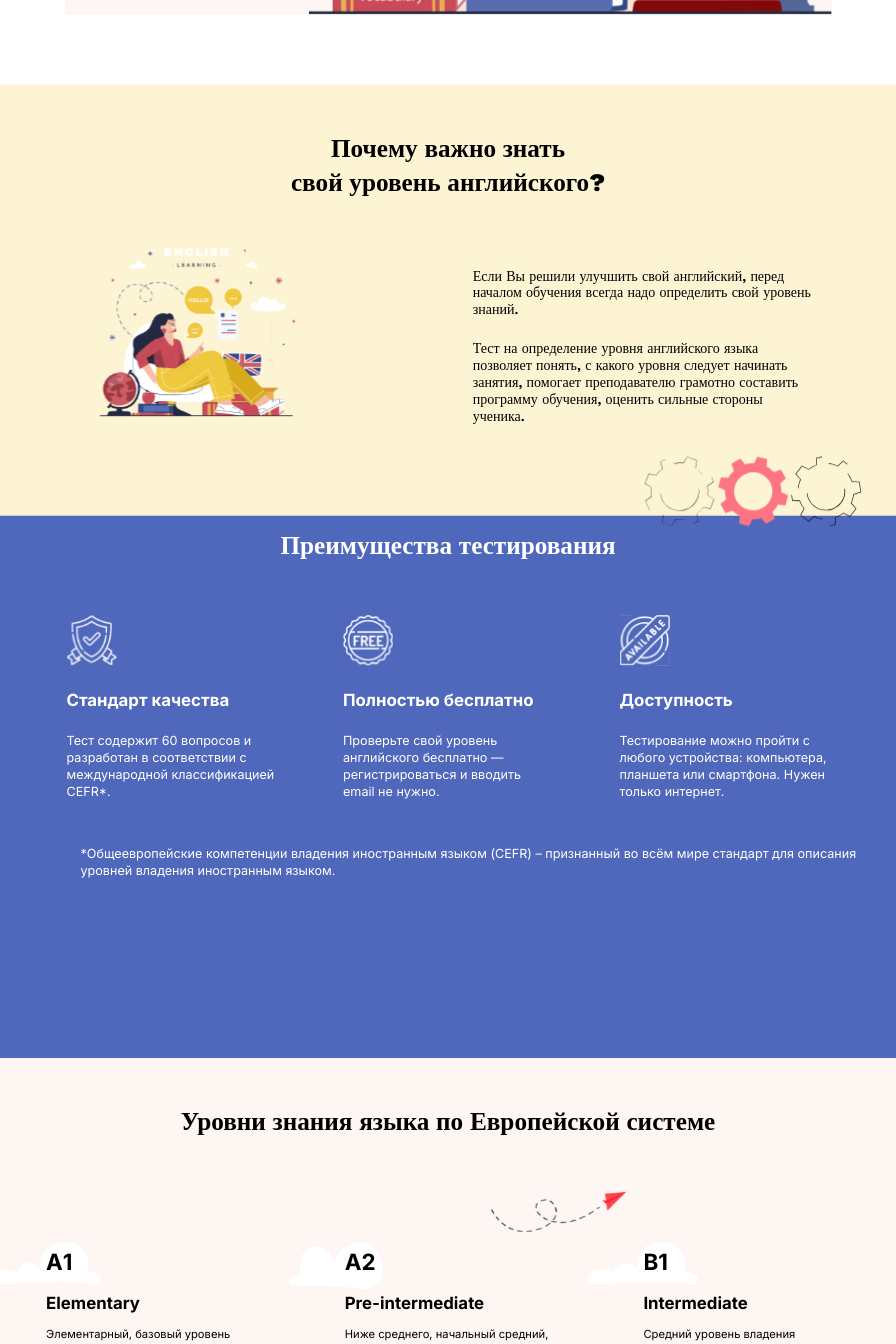
Repository: WladimirVA/PP-01-01_Dandelions
Page: Index.html
The author's editor kept a copy of each file at every save. The page is drawn from the files as they stood at one save, then again after the next save.
The browser window is 1280 px wide. The pictures show the part of the page from y = 694 to 2614 px (the page is 3924 px tall), at 70% of full size.

Above is the page before, as saved 2023-01-25 16:36:37.
Console error: ReferenceError: $ is not defined

### Index.html
<!DOCTYPE html>
<html lang="ru">
<head>
    <meta charset="UTF-8">
    <meta http-equiv="X-UA-Compatible" content="IE=edge">
    <meta name="viewport" content="width=device-width, initial-scale=1.0">
    <link href="./static/css/style.css" rel="stylesheet" type="text/css">
    <link href="./static/css/fonts.css" rel="stylesheet" type="text/css">
    <link rel="icon" sizes="16x16" href="./static/img/Иконка _Лого_ (1_1).svg" type="image/x-icon">
    <title>Dandelions</title>
</head>
<body>
    <!-- <script src="./js/scrollButton.js"></script> -->
    <header class="header" di="HOME">
        <div class="section">
            <div class="section-header">
                <div class="logo">
                    <img src="./static/img/Иконка _Лого_ (1).svg">
                </div>
                <nav>
                    <ul class="header-nav">
                        <li><a class="link" href="#ADVAN_TEST">Преимущества теста</a></li>
                        <li><a class="link" href="#LANGUAGE_LEVELS">Уровни знания языка</a></li>
                        <li><a class="link" href="#FOOTER">Свяжитесь с нами</a></li>
                    </ul>
                </nav>
            </div>
        </div>
    </header>
    <main>
        <section class="HOME">
        <div class="section">
            <div class="content">
                <h1 class="title">
                    проверь свой уровень <br>английского
                </h1>
                <div class="section-home">

                    <div class="title-home">

                        <p class="home_p">
                            Пройдите наш <span  style="font-weight:900"> бесплатный <br></span> онлайн-тест и узнайте свой уровень <br>владения английским языком
                        </p>
                        <ul class="home_ul">
                            <li class="home_li"><img class="check" src="./static/img/Иконка _Галочка_ 3.svg">Без регистрации</li>
                            <li class="home_li"><img class="check" src="./static/img/Иконка _Галочка_ 3.svg">Без ограничений по времени</li>
                            <li class="home_li"><img class="check" src="./static/img/Иконка _Галочка_ 3.svg">По международным стандартам</li>
                        </ul>
                        <div class="buttonsHome">
                            <form action="./name.html">
                                <button class="button_home">Пройти тест</button>
                            </form>
                        </div>
                    </div>
                    <div class="image-home">
                        <img src="./static/img/иллюстр 6 (1).svg">
                    </div>
                </div>
            </div>

        </div>
        </section>
        <section class="WHY-TEST">
            <div class="section">
                <div class="">
                    <div class="section-home-1">
                        <h1 class="title_2">Почему важно знать<br>свой уровень английского?</h1>
                        <div class="section-home-2">
                            <div class="image-home-2">
                                <img src="./static/img/иллюстр 2 1.svg">
                            </div>
                            <div class="home_p home-text">
                                <p>Если Вы решили улучшить свой английский, перед началом обучения всегда надо определить свой уровень знаний.</p>
                                <p class="p-text">Тест на определение уровня английского языка позволяет понять, с какого уровня следует начинать занятия, помогает преподавателю грамотно составить программу обучения, оценить сильные стороны ученика.</p>
                            </div>
                        </div>
                    </div>
                </div>
            </div>
        </section>
        <section class="ADVAN_TEST" id="ADVAN_TEST">
            <div class="section">
                <div class="content">
                    <div class="content_img">
                        <img class="rot rot-img1" src="./static/img/shestirenki/Vector (5).svg">
                        <img class="rot rot-img2" src="./static/img/shestirenki/Vector (6).svg">
                        <img class="rot rot-img3" src="./static/img/shestirenki/Vector (7).svg">
                    </div>
                    <div class="text_test">
                        <h1 class="title_3">Преимущества тестирования</h1>
                    </div>
                    <div class="content-ADVAN_TEST">
                        <div class="quality test-info">
                            <img src="./static/img/Mask group 1.svg">
                            <h3 class="advan-test">Стандарт качества</h3>
                            <p class="advan-test-p">Тест содержит 60 вопросов и разработан в соответствии с международной классификацией CEFR*. </p>
                        </div>
                        <div class="free test-info">
                            <img src="./static/img/Mask group2 1.svg">
                            <h3 class="advan-test">Полностью бесплатно</h3>
                            <p class="advan-test-p">Проверьте свой уровень английского бесплатно — регистрироваться и вводить email не нужно.</p>
                        </div>
                        <div class="availability test-info">
                            <img src="./static/img/Mask group1 1.svg">
                            <h3 class="advan-test">Доступность</h3>
                            <p class="advan-test-p">Тестирование можно пройти с любого устройства: компьютера, планшета или смартфона. Нужен только интернет.</p>
                        </div>
                    </div>
                    <p class="advan-test-p advan-test-p-2">*Общеевропейские компетенции владения иностранным языком (CEFR) – признанный во всём мире стандарт для описания уровней владения иностранным языком. </p>
                </div>
            </div>
        </section>
        <section class="LANGUAGE_LEVELS" id="LANGUAGE_LEVELS">
            <div class="section">
                <div class="content">
                    <div class="text_test">
                        <h1 class="title_3">Уровни знания языка по Европейской системе</h1>
                        <img src="./static/img/иллюстр 1 1.svg">
                    </div>
                    <div class="container">
                        <div class="box-1 container-box">
                            <img class="cloud" src="./static/img/Vector 5.svg">
                            <h3>А1</h3>
                            <p class="container-box-p">Elementary</p>
                            <p class="container-box-p2">Элементарный, базовый уровень знания английского языка. Чтение и перевод со словарём. Словарный запас<span  style="font-weight:900"> менее 1500</span> слов.</p>
                            <img class="ball" src="./static/img/иллюстр 3 1.svg">
                        </div>
                        <div class="box-1 container-box">
                            <img class="cloud" src="./static/img/Vector 1 1.png">
                            <h3>А2</h3>
                            <p class="container-box-p">Pre-intermediate</p>
                            <p class="container-box-p2">Ниже среднего, начальный средний, слабый средний. Вы можете общаться на бытовые темы, описывать простыми словами аспекты своей жизни. Словарный запас<span  style="font-weight:900"> 1500-2000</span> слов.</p>
                        </div>
                        <div class="box-1 container-box">
                            <img class="cloud" src="./static/img/Vector 5.svg">
                            <h3>B1</h3>
                            <p class="container-box-p">Intermediate</p>
                            <p class="container-box-p2">Средний уровень владения английским языком, разговорный английский. Вы можете создавать простой связный текст на знакомые или представляющие личный интерес темы. Словарный запас<span  style="font-weight:900"> 2000-3000</span> слов.</p>
                        </div>
                        <div class="box-1 container-box">
                            <img class="cloud" src="./static/img/Vector 1 1.png">
                            <h3>B2</h3>
                            <p class="container-box-p">Upper Intermediate</p>
                            <p class="container-box-p2">Средне-продвинутый уровень английского. Вы владеете разговорным языком в различных ситуациях (от бытовых до профессиональных), можете без подготовки общаться с носителем языка. Словарный запас <span  style="font-weight:900">3000-4000</span> слов.</p>
                            <img class="ball-2" src="./static/img/иллюстр 5 1.svg">
                        </div>
                        <div class="box-1 container-box">
                            <img class="cloud" src="./static/img/Vector 5.svg">
                            <h3>C1</h3>
                            <p class="container-box-p">Advanced</p>
                            <p class="container-box-p2">Продвинутый уровень. Свободное владение. Вы понимаете разнообразные сложные развернутые тексты и можете выявить содержащиеся в них имплицитные значения, умеете без подготовки, бегло, не испытывая трудности в подборе слов, выражать свои мысли. Словарный запас <span  style="font-weight:900">4000-5000</span> слов.</p>
                            <img class="ball-3" src="./static/img/иллюстр 4 1.svg">
                        </div>
                        <div class="box-1 container-box">
                            <img class="cloud" src="./static/img/Vector 1 1.png">
                            <h3>C2</h3>
                            <p class="container-box-p">Proficiency</p>
                            <p class="container-box-p2">Профессиональный уровень. Вы с легкостью понимаете практически все, что слышите или читаете. Вы можете выражаться спонтанно, очень бегло и точно, различая тончайшие оттенки смысла даже в самых сложных ситуациях. Словарный запас <span  style="font-weight:900">более 4500</span> слов.</p>
                        </div>
                      </div>
                </div>
            </div>
        </section>
        <section class="TEST">
            <div class="section">
                <div class="content">
                    <div class="test-now">
                        <div class="test-now-text">
                            <h1 class="title_3">Протестируйте свой английский<br> прямо сейчас</h1>
                            <form href="">
                                <button class="button test_button">Пройти тест</button>
                            </form>
                            <!-- <button class="button test_button" type="submit">Пройти тест</button> -->
                        </div>
                        <div class="test-now-img">
                            <img src="./static/img/Group 78 1 (1).svg">
                        </div>
                    </div>
                </div>
            </div>
        </section>
    </main>
    <footer class="FOOTER" id="FOOTER">
        <div class="section">
            <div class="section-footer">
                <div class="footer-logo">
                    <img src="./static/img/Vector (3).svg">
                    <p class="footer-logo-p">© Vorobey English 2023</p>
                    <p class="footer-logo-p2">Все права защищены</p>
                </div>
                <div class="footer-navi">
                    <nav>
                        <ul class="footer-nav">
                            <li><a class="footer-link" href="#ADVAN_TEST">Преимущества теста</a></li>
                            <li><a class="footer-link" href="#LANGUAGE_LEVELS">Уровни знания языка</a></li>
                            <li><a class="footer-link" href="#FOOTER">Свяжитесь с нами</a></li>
                        </ul>
                    </nav>
                    <p><a class="footer-link" href="mailto:englishtest@yandex.ru">englishtest@yandex.ru</a></p>
                </div>

            </div>
        </div>
    </footer>
</body>
<script>
const goTopBtn = document.querySelector(".button");

goTopBtn.addEventListener("click", goTop);

function goTop() {

  if (window.pageYOffset > 0) {
    window.scrollBy(0, -10); // второй аргумент - скорость
    setTimeout(goTop, 0); // входим в рекурсию
  }
}

$(function() {

});
</script>
</html>

### static/css/style.css
body {
    scroll-behavior: smooth;
    align-items: center;
    width: 100%;
    max-width: 1366px;
    margin: auto;
    font-family: 'Inter', 'Work Sans', "NunitoSans-Light", Arial, Helvetica, sans-serif;
}

.section {
    margin: 0 auto;
    max-width: 1366px;
}

* {
    margin: 0;
    padding: 0;
}
.header {
    margin-left: 59px;
    margin-right: 92px;
}
.section-header {
    justify-content: space-between;
    height: 83px;
    width: 100%;
    display: flex;
    align-items: center;
}
.logo {
    width: 84px;
    height: auto;
}
.header-nav {
    display: flex;
    list-style-type: none;
}
.link {
    text-decoration: none;
    /* cursor: pointer; */
    font-family: 'Inter';
    font-weight: 500;
    font-size: 16px;
    line-height: 19px;
    color: #000000;
}
.header-nav li {
    margin-right: 35px;
}

.HOME {
    margin-top: 64px;
    margin-left: 93px;
    margin-right: 92px;
    background-color: #FEF6F3;
}
.section-home {
    align-items: center;
    display: flex;
    justify-content: space-between;
    margin-top: -90px;
}


.title {
    font-family: 'Work Sans';
    font-style: normal;
    font-weight: 600;
    font-size: 40px;
    line-height: 48px;
    display: flex;
    align-items: center;
    letter-spacing: 0.02em;
    text-transform: uppercase;
}
.home_p {
    font-family: 'Work Sans';
    font-style: normal;
    font-weight: 400;
    font-size: 20px;
    line-height: 24px;
    margin-top: 43px;
}

.home_ul {
    margin-top: 35px;
}
.home_li {
    list-style-type: none;
    margin-top: 12px;
    font-family: 'Inter';
    font-style: normal;
    font-weight: 400;
    font-size: 16px;
    line-height: 20px;
}

.check {
    margin-bottom: -7px;
    margin-right: 16px;
}

.buttonsHome {
    margin-top: 68px;
}
.button_home {
    background: #FBC815;
    border-radius: 50px;
    width: 267px;
    height: 56px;
    font-family: 'Inter';
    font-style: normal;
    font-weight: 700;
    font-size: 20px;
    line-height: 24px;
    border: 0;
    cursor: pointer;
}

.image-home {
    max-width: 747px;
    max-height: 496px;
}

.title_2 {
    display: block;
    margin-top: 100px;
    padding-top: 68px;
    text-transform: none;
    font-family: 'Work Sans';
    font-style: normal;
    font-weight: 800;
    font-size: 36px;
    line-height: 48px;
    align-items: center;
    text-align: center;
}

.WHY-TEST {
    background-color: #FDF4D3;
    Height: 616px;
}

.section-home-2 {
    align-items: center;
    display: flex;
    justify-content: space-around;
    margin-top: 20px;
}

.home-text {
    width: 490px;
}

.p-text {
    margin-top: 32px;
}

.ADVAN_TEST {
    background: #4F68BB;
    color: white;
    height: 712px;
    padding-top: 63px;
    /* margin-top: 120px; */
}

.content_img {
    margin-top: -215px;
    text-align: end;
    margin-right: 50px;
}

.rot-img1 {
    width: 117px;
}

img.rot {
    animation: 1s linear 0s normal none infinite running rot;
    -webkit-animation: 2s linear 0s normal none infinite running rot;
    width: 100px;
  }
  @keyframes rot {
    0% {
      transform: rotate(0deg);
    }
    100% {
      transform: rotate(360deg);
    }
  }
  @-webkit-keyframes rot {
    0% {
      transform: rotate(0deg);
    }
    100% {
      transform: rotate(360deg);
    }
  }


.content-ADVAN_TEST {
    display: flex;
    justify-content: space-evenly;
    margin-top: 75px;
}

.test-info {
   width: 300px;
}



.title_3 {
    display: block;
    text-transform: none;
    font-family: 'Work Sans';
    font-style: normal;
    font-weight: 800;
    font-size: 36px;
    line-height: 48px;
    align-items: center;
    text-align: center;
}

.advan-test {
    margin: 30px 0 30px 0;
    font-style: normal;
    font-weight: 700;
    font-size: 24px;
    line-height: 32px;
}

.advan-test-p {
    font-style: normal;
    font-weight: 400;
    font-size: 18px;
    line-height: 24px;
}

.advan-test-p-2 {
    margin: 65px 0 0 115px;
    max-width: 1117px;
}

.container {
    display: grid;
    grid-template-columns: repeat(3, 295px);
    justify-items: stretch;
    justify-content: space-around;;
    grid-template-rows: 100px 100px 100px;
    row-gap:  280px;
    margin-top: -30px;
}

.text_test img {
    margin-left: 700px;
}

.container-box h3 {
    font-style: normal;
    font-weight: 700;
    font-size: 32px;
    line-height: 36px;
}

.container-box-p {
    font-style: normal;
    font-weight: 700;
    font-size: 24px;
    line-height: 32px;
    margin: 60px 0 15px 0;
}

.container-box-p2 {
    font-style: normal;
    font-weight: 400;
    font-size: 16px;
    line-height: 24px;
}

.LANGUAGE_LEVELS {
    background-color:  #FEF6F3;
}

.content {
    padding-top: 66px;
}

.container-box {
    position: relative;
}

.box-1 h3 {
    position: absolute;
}

.cloud {
    margin: -11px 0 0 -80px;
    position: absolute;
}

.ball {
    display: block;
    position: inherit;
    margin-left:195px;
    margin-top: 30px;
}

.ball-2 {
    margin-left: 180px;
}

.ball-3 {
    display: block;
    margin-left: 335px;
    margin-top: -199px;
}

.button {
    text-align: center;
    background: #F03F5A;
    cursor: pointer;
    border-radius: 30px;
    border: 0;
}

.TEST {
    background-color: #FBCDA6;
    height: 352px;
}

.test_button {
    margin-top: 30px;
    width: 267px;
    height: 56px;
    font-family: 'Inter';
    font-style: normal;
    font-weight: 700;
    font-size: 20px;
    line-height: 24px;
    }

.test-now {
    display: flex;
    justify-content: space-between;
    margin-left: 89px;
}

.test-now-text {
    text-align: center;
    margin-top: 82px;
}

.test-now-img {
    margin-top: -159px;
}

.FOOTER {
    background: #4F68BB;
    height: 232px;
    color: #C9C9C9;
}

.footer-logo-p {
    margin-top: -65px;
    margin-left: 74px;
}

.footer-logo-p2 {
    margin-top: 16px;
    margin-left: 74px;
}


.section-footer {
    display: flex;
    justify-content: space-between;
    align-items: center;
    max-width: 1200px;
}
.footer-nav {
    display: grid;
    list-style-type: none;
    line-height: 2.5;
}

.footer-link {
    text-decoration: none;
    font-family: 'Inter';
    font-weight: 500;
    font-size: 16px;
    line-height: 19px;
    color: #C9C9C9;
    list-style-type: none;
}

### static/css/fonts.css
@import url('https://fonts.googleapis.com/css2?family=Work+Sans:ital,wght@0,600;0,800;1,800&display=swap');


@import url('https://fonts.googleapis.com/css2?family=Inter:wght@400;500;600;700;800&family=Work+Sans:ital,wght@0,600;0,800;1,800&display=swap');

After the next save:
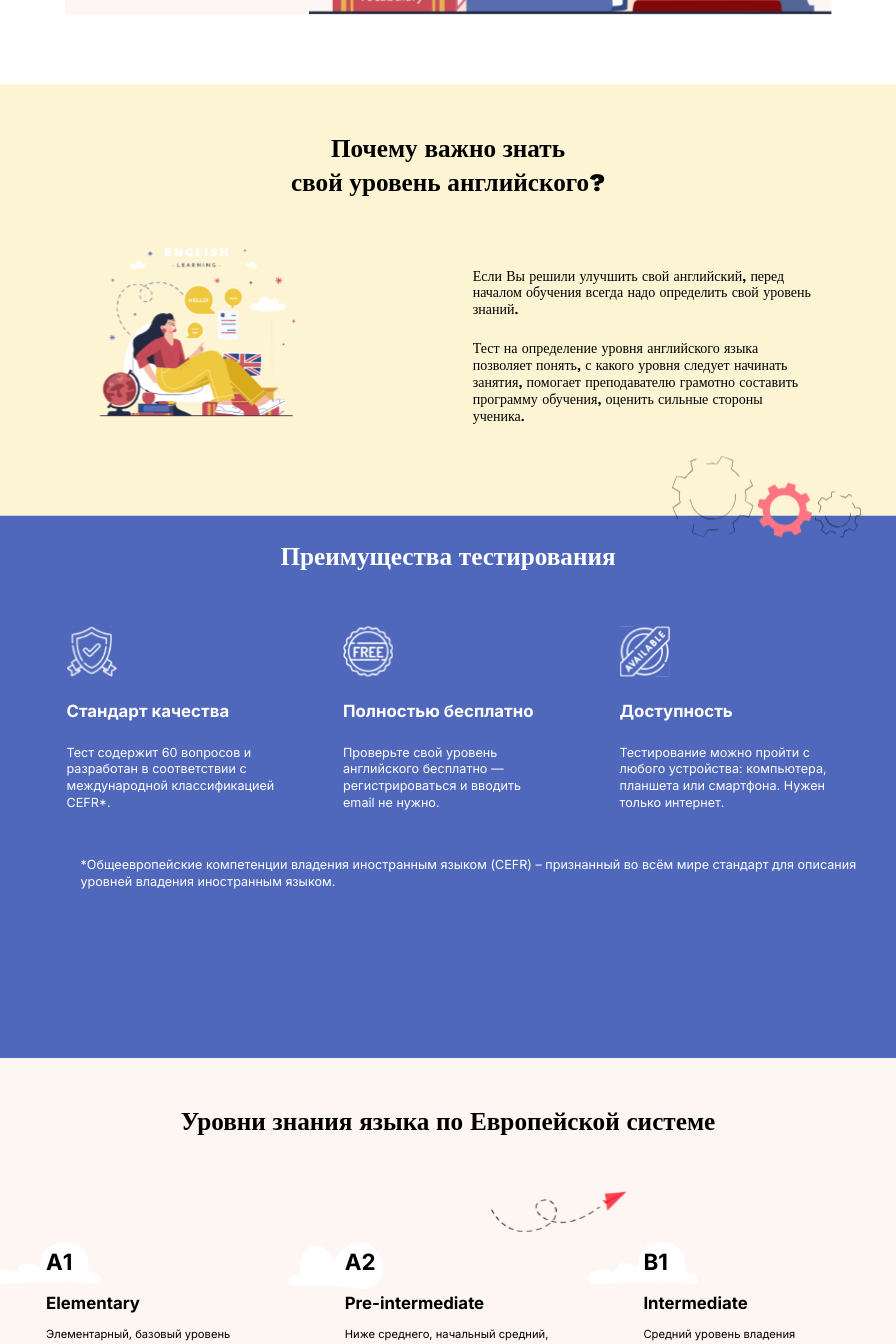
Saved 32 s later.
--- a/static/css/style.css
+++ b/static/css/style.css
@@ -177,7 +177,7 @@ body {
 img.rot {
     animation: 1s linear 0s normal none infinite running rot;
     -webkit-animation: 2s linear 0s normal none infinite running rot;
-    width: 100px;
+    /* width: 100px; */
   }
   @keyframes rot {
     0% {
